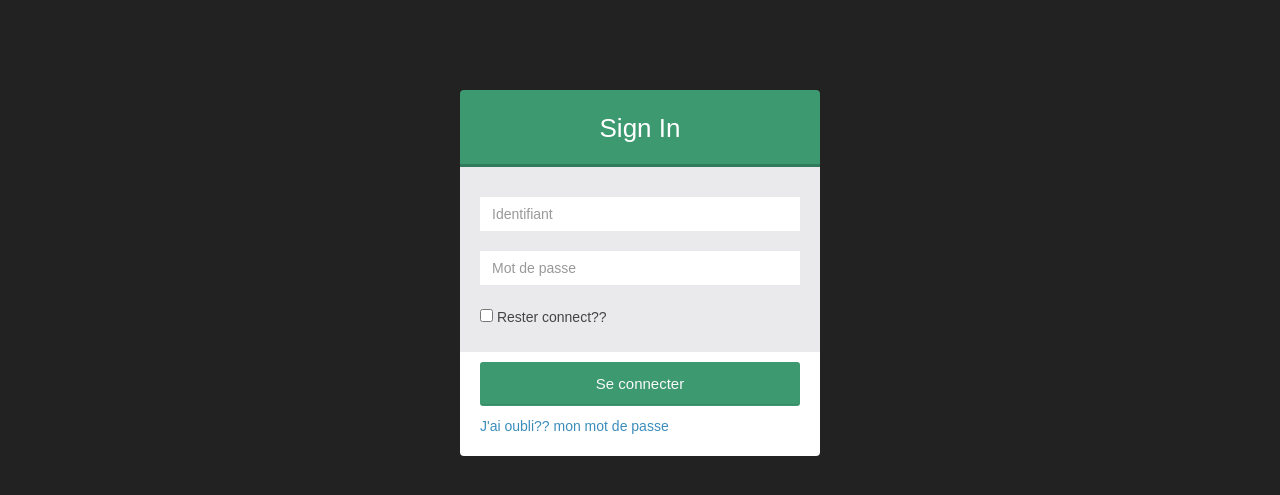
Repository: BouzidKhellaf/ClinicPlusBD
Page: http://localhost/clinicPlus/adminLogin
The author's editor kept a copy of each file at every save. The page is drawn from the files as they stood at one save, then again after the next save.
The browser window is 1280 px wide. The pictures show the whole page.
Some web fonts or font styles are not loaded; a fallback is used. Some web libraries are served in a nearby version. The page is served by Tomcat 9. Other server files are loaded and not shown.

Above is the page before, as saved 2014-05-05 23:41:09.

### clinicPlus/src/main/webapp/WEB-INF/views/admin/pages/connection/login.jsp
<%@taglib uri="http://www.springframework.org/tags/form" prefix="form"%>
<%@ page language="java" contentType="text/html; charset=US-ASCII"
    pageEncoding="US-ASCII"%>
<!DOCTYPE html PUBLIC "-//W3C//DTD HTML 4.01 Transitional//EN" "http://www.w3.org/TR/html4/loose.dtd">
<html class="bg-black">
    <head>
        <meta charset="UTF-8">
        <title>CliniquePlus | Se Connecter</title>
        <meta content='width=device-width, initial-scale=1, maximum-scale=1, user-scalable=no' name='viewport'>
        <!-- bootstrap 3.0.2 -->
        <link href="<%request.getContextPath();%>resources/css/bootstrap.min.css" rel="stylesheet" type="text/css" />
        <!-- font Awesome -->
        <link href="<%request.getContextPath();%>resources/css/font-awesome.min.css" rel="stylesheet" type="text/css" />
        <!-- Theme style -->
        <link href="<%request.getContextPath();%>resources/css/AdminLTE.css" rel="stylesheet" type="text/css" />

        <!-- HTML5 Shim and Respond.js IE8 support of HTML5 elements and media queries -->
        <!-- WARNING: Respond.js doesn't work if you view the page via file:// -->
        <!--[if lt IE 9]>
          <script src="https://oss.maxcdn.com/libs/html5shiv/3.7.0/html5shiv.js"></script>
          <script src="https://oss.maxcdn.com/libs/respond.js/1.3.0/respond.min.js"></script>
        <![endif]-->
    </head>
    <body class="bg-black">

        <div class="form-box" id="login-box">
            <div class="header">Sign In</div>
            <form action="" method="post">
                <div class="body bg-gray">
                    <div class="form-group">
                        <input type="text" name="userid" class="form-control" placeholder="Identifiant"/>
                    </div>
                    <div class="form-group">
                        <input type="password" name="password" class="form-control" placeholder="Mot de passe"/>
                    </div>
                    <div class="form-group">
                        <input type="checkbox" name="remember_me"/> Rester connecté
                    </div>
                </div>
                <div class="footer">
                    <button type="submit" class="btn bg-olive btn-block">Se connecter</button>

                    <p><a href="#">J'ai oublié mon mot de passe</a></p>

                </div>
            </form>
        </div>


        <!-- jQuery 2.0.2 -->
        <script src="http://ajax.googleapis.com/ajax/libs/jquery/2.0.2/jquery.min.js"></script>
        <!-- Bootstrap -->
        <script src="<%request.getContextPath();%>js/bootstrap.min.js" type="text/javascript"></script>

    </body>
</html>

Loaded but not shown: clinicPlus/src/main/webapp/resources/css/bootstrap.min.css (library); clinicPlus/src/main/webapp/resources/css/font-awesome.min.css (library); clinicPlus/src/main/webapp/resources/js/bootstrap.min.js (library); clinicPlus/src/main/webapp/resources/css/AdminLTE.css (2804 lines, source omitted)

After the next save:
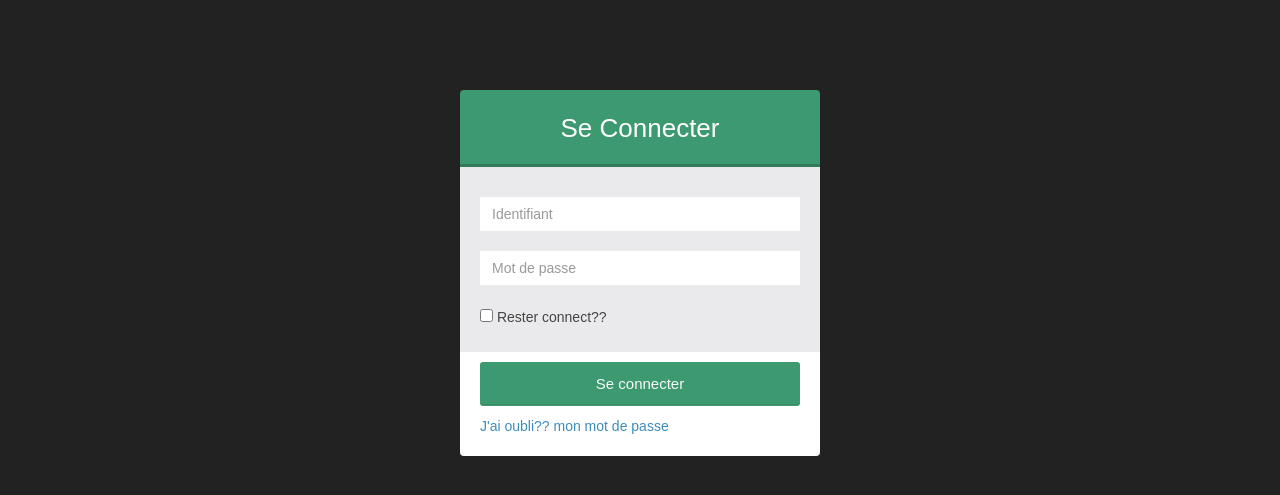
Saved 105 s later.
--- a/clinicPlus/src/main/webapp/WEB-INF/views/admin/pages/connection/login.jsp
+++ b/clinicPlus/src/main/webapp/WEB-INF/views/admin/pages/connection/login.jsp
@@ -24,8 +24,8 @@
     <body class="bg-black">
 
         <div class="form-box" id="login-box">
-            <div class="header">Sign In</div>
-            <form action="" method="post">
+            <div class="header">Se Connecter</div>
+            <form action="" method="post" href="<%request.getContextPath();%>/clinicplus/redirectAdmin">
                 <div class="body bg-gray">
                     <div class="form-group">
                         <input type="text" name="userid" class="form-control" placeholder="Identifiant"/>
